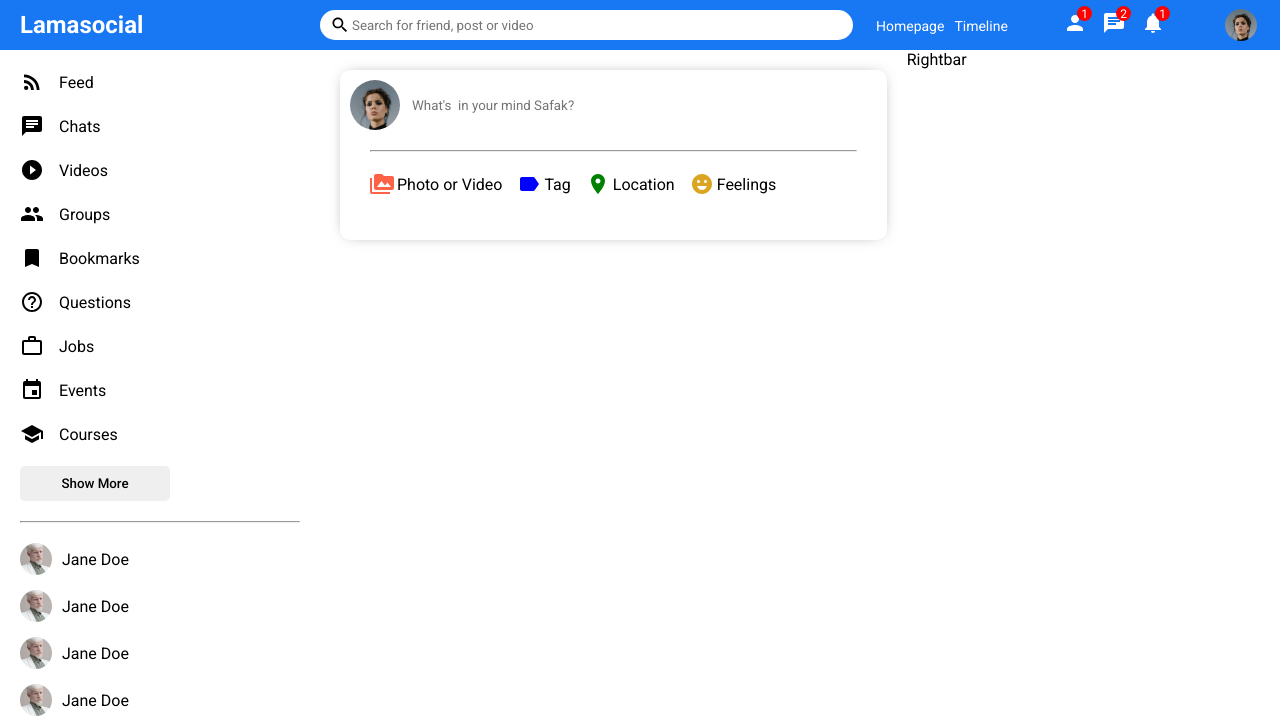
Repository: nazlinres01/react-social
Page: / (app in client/)
These files come from the project's save history. The page is drawn as it stood at one moment and after the next save; the edit follows.
The browser window is 1280 px wide. The pictures show the whole page.
The project was rebuilt for these pictures with package versions that can differ from the ones it lists, and the page was loaded fresh each time.

Above is the page before, as saved 2024-06-12 14:35:51.

### client/public/index.html
<!DOCTYPE html>
<html lang="en">

<head>
  <meta charset="utf-8" />
  <meta name="viewport" content="width=device-width, initial-scale=1" />
  <meta name="description" content="Web site created using create-react-app" />
  <link
    href="https://fonts.googleapis.com/css2?family=Roboto:ital,wght@0,100;0,300;0,400;0,500;0,700;0,900;1,100;1,300;1,400;1,500;1,700;1,900&display=swap"
    rel="stylesheet">
    <link rel="stylesheet" href="style.css">
  <title>Social App</title>
</head>

<body>
  <noscript>You need to enable JavaScript to run this app.</noscript>
  <div id="root"></div>
</body>

</html>

### client/src/App.js
import Home from "./pages/home/Home";

function App() {
  return <Home />
}

export default App;

### client/src/pages/home/Home.jsx
import Feed from "../../components/feed/Feed";
import Rightbar from "../../components/rightbar/Rightbar";
import Sidebar from "../../components/sidebar/Sidebar";
import Topbar from "../../components/topbar/Topbar";
import "./home.css"

export default function Home() {
    return (
        <>
            <Topbar />
            <div className="homeContainer">
                <Sidebar />
                <Feed />
                <Rightbar />

            </div>

        </>
    );
}

### client/src/components/feed/Feed.jsx
import Share from "../share/Share"
import "./feed.css"

export default function Feed() {
    return (
        <div className="feed">
            <div className="feedWrapper">
                <Share />
            </div>
        </div>
    )
}

### client/src/components/rightbar/Rightbar.jsx
import "./rightbar.css"

export default function Rightbar() {
    return (
        <div className="rightbar">
            Rightbar</div>
    )
}

### client/src/components/sidebar/Sidebar.jsx
import "./sidebar.css"
import { Bookmark, Chat, Event, Group, HelpOutline, PlayCircleFilledOutlined, RssFeed, School, WorkOutline } from "@material-ui/icons"

export default function Sidebar() {
    return (
        <div className="sidebar">
            <div className="sidebarWrapper">
                <ul className="sidebarList">
                    <li className="sidebarListItem">
                        <RssFeed className="sidebarIcon" />
                        <span className="sidebarListItemText">Feed</span>
                    </li>
                    <li className="sidebarListItem">
                        <Chat className="sidebarIcon" />
                        <span className="sidebarListItemText">Chats</span>
                    </li>
                    <li className="sidebarListItem">
                        <PlayCircleFilledOutlined className="sidebarIcon" />
                        <span className="sidebarListItemText">Videos</span>
                    </li>
                    <li className="sidebarListItem">
                        <Group className="sidebarIcon" />
                        <span className="sidebarListItemText">Groups</span>
                    </li>
                    <li className="sidebarListItem">
                        <Bookmark className="sidebarIcon" />
                        <span className="sidebarListItemText">Bookmarks</span>
                    </li>
                    <li className="sidebarListItem">
                        <HelpOutline className="sidebarIcon" />
                        <span className="sidebarListItemText">Questions</span>
                    </li>
                    <li className="sidebarListItem">
                        <WorkOutline className="sidebarIcon" />
                        <span className="sidebarListItemText">Jobs</span>
                    </li>
                    <li className="sidebarListItem">
                        <Event className="sidebarIcon" />
                        <span className="sidebarListItemText">Events</span>
                    </li>
                    <li className="sidebarListItem">
                        <School className="sidebarIcon" />
                        <span className="sidebarListItemText">Courses</span>
                    </li>
                </ul>
                <button className="sidebarButton">Show More</button>
                <hr className="sidebarHr" />
                <ul className="sidebarFriendList">
                    <li className="sidebarFriend">
                        <img className="sidebarFriendImg" src="/assets/person/2.jpeg" alt="" />
                        <span className="sidebarFriendName">Jane Doe</span>
                    </li>
                    <li className="sidebarFriend">
                        <img className="sidebarFriendImg" src="/assets/person/2.jpeg" alt="" />
                        <span className="sidebarFriendName">Jane Doe</span>
                    </li>
                    <li className="sidebarFriend">
                        <img className="sidebarFriendImg" src="/assets/person/2.jpeg" alt="" />
                        <span className="sidebarFriendName">Jane Doe</span>
                    </li>
                    <li className="sidebarFriend">
                        <img className="sidebarFriendImg" src="/assets/person/2.jpeg" alt="" />
                        <span className="sidebarFriendName">Jane Doe</span>
                    </li>
                    <li className="sidebarFriend">
                        <img className="sidebarFriendImg" src="/assets/person/2.jpeg" alt="" />
                        <span className="sidebarFriendName">Jane Doe</span>
                    </li>
                    <li className="sidebarFriend">
                        <img className="sidebarFriendImg" src="/assets/person/2.jpeg" alt="" />
                        <span className="sidebarFriendName">Jane Doe</span>
                    </li>
                    <li className="sidebarFriend">
                        <img className="sidebarFriendImg" src="/assets/person/2.jpeg" alt="" />
                        <span className="sidebarFriendName">Jane Doe</span>
                    </li>
                    <li className="sidebarFriend">
                        <img className="sidebarFriendImg" src="/assets/person/2.jpeg" alt="" />
                        <span className="sidebarFriendName">Jane Doe</span>
                    </li>
                    <li className="sidebarFriend">
                        <img className="sidebarFriendImg" src="/assets/person/2.jpeg" alt="" />
                        <span className="sidebarFriendName">Jane Doe</span>
                    </li>
                    <li className="sidebarFriend">
                        <img className="sidebarFriendImg" src="/assets/person/2.jpeg" alt="" />
                        <span className="sidebarFriendName">Jane Doe</span>
                    </li>
                    <li className="sidebarFriend">
                        <img className="sidebarFriendImg" src="/assets/person/2.jpeg" alt="" />
                        <span className="sidebarFriendName">Jane Doe</span>
                    </li>
                    <li className="sidebarFriend">
                        <img className="sidebarFriendImg" src="/assets/person/2.jpeg" alt="" />
                        <span className="sidebarFriendName">Jane Doe</span>
                    </li>
                    <li className="sidebarFriend">
                        <img className="sidebarFriendImg" src="/assets/person/2.jpeg" alt="" />
                        <span className="sidebarFriendName">Jane Doe</span>
                    </li>
                </ul>
            </div>
        </div>
    )
}

### client/src/components/topbar/Topbar.jsx
import "./topbar.css"
import { Search, Person, Chat, Notifications } from "@material-ui/icons"

export default function Topbar() {
  return (
    <div className="topbarContainer">
      <div className="topbarLeft">
        <span className="logo">Lamasocial</span>
      </div>
      <div className="topbarCenter">
        <div className="searchbar">
          <Search className="searchIcon" />
          <input placeholder="Search for friend, post or video" className="searchInput" />
        </div>
      </div>
      <div className="topbarRight">
        <div className="topbarLinks">
          <span className="topbarLink">Homepage</span>
          <span className="topbarLink">Timeline</span>
        </div>
        <div className="topbarIcons">
          <div className="topbarIconItem">
            <Person />
            <span className="topbarIconBadge">1</span>
          </div>
          <div className="topbarIconItem">
            <Chat />
            <span className="topbarIconBadge">2</span>
          </div>
          <div className="topbarIconItem">
            <Notifications />
            <span className="topbarIconBadge">1</span>
          </div>
        </div>
        <img src="/assets/person/1.jpeg" alt="" className="topbarImg" />
      </div>

    </div>
  )
}

### client/src/components/share/Share.jsx
import "./share.css";
import { PermMedia, Label, Room, EmojiEmotions } from "@material-ui/icons";

export default function Share() {
    return (
        <div className="share">
            <div className="shareWrapper">
                <div className="shareTop">
                    <img src="/assets/person/1.jpeg" alt="" className="shareProfileImg" />
                    <input placeholder="What's  in your mind Safak?" className="shareInput" />
                </div>
                <hr className="shareHr" />
                <div className="shareBottom">
                    <div className="shareOptions">
                        <div className="shareOption">
                            <PermMedia htmlColor="tomato" className="shareIcon" />
                            <span className="shareOptionText">Photo or Video</span>
                        </div>
                        <div className="shareOption">
                            <Label htmlColor="blue" className="shareIcon" />
                            <span className="shareOptionText">Tag</span>
                        </div>
                        <div className="shareOption">
                            <Room htmlColor="green" className="shareIcon" />
                            <span className="shareOptionText">Location</span>
                        </div>
                        <div className="shareOption">
                            <EmojiEmotions htmlColor="goldenrod" className="shareIcon" />
                            <span className="shareOptionText">Feelings</span>
                        </div>
                    </div>
                </div>
            </div>
        </div>
    )
}

### client/src/components/rightbar/rightbar.css
.rightbar {
    flex: 3.5;
}

### client/src/components/sidebar/sidebar.css
.sidebar {
    flex: 3;
    height: calc(100vh - 50px);
    overflow-y: scroll;
}

::-webkit-scrollbar {
    width: 5px;
}

::-webkit-scrolbar-track {
    background-color: #f1f1f1;
}

::-webkit-scrollbar-thumb {
    background-color: rgb(179, 179, 179);
}

.sidebarWrapper {
    padding: 20px;
}

.sidebarList {
    padding: 0;
    margin: 0;
    list-style: none;
}

.sidebarListItem {
    display: flex;
    align-items: center;
    margin-bottom: 20px;
}

.sidebarIcon {
    margin-right: 15px;
}

.sidebarButton {
    width: 150px;
    border: none;
    padding: 10px;
    border-radius: 5px;
    font-weight: 500;
}

.sidebarHr {
    margin: 20px 0;
}

.sidebarFriendList {
    padding: 0;
    margin: 0;
    list-style: none;
}

.sidebarFriend {
    display: flex;
    align-items: center;
    margin-bottom: 15px;
}

.sidebarFriendImg {
    width: 32px;
    height: 32px;
    border-radius: 50%;
    object-fit: cover;
    margin-right: 10px;
}

### client/src/components/topbar/topbar.css
.topbarContainer {
    height: 50px;
    width: 100%;
    background-color: #1877f2;
    display: flex;
    align-items: center;
    position: sticky;
    top: 0;
}

.topbarLeft {
    flex: 3;
}

.logo {
    font-size: 24px;
    margin-left: 20px;
    font-weight: bold;
    color: white;
    cursor: pointer;
}

.topbarCenter {
    flex: 5;
}

.searchbar {
    width: 100%;
    height: 30px;
    background-color: white;
    border-radius: 30px;
    display: flex;
    align-items: center;
}

.searchIcon {
    font-size: 20px !important;
    margin-left: 10px;
}

.searchInput {
    border: none;
    width: 70%;
}

.searchInput:focus {
    outline: none;
}

.topbarRight {
    flex: 4;
    display: flex;
    align-items: center;
    justify-content: space-around;
    color: white;
}

.topbarLink {
    margin-right: 10px;
    font-size: 14px;
    cursor: pointer;
}

.topbarIcons {
    display: flex;
}

.topbarIconItem {
    margin-right: 15px;
    cursor: pointer;
    position: relative;

}

.topbarIconBadge {
    width: 15px;
    height: 15px;
    background-color: red;
    border-radius: 50%;
    color: white;
    position: absolute;
    top: -5px;
    right: -5px;
    display: flex;
    align-items: center;
    justify-content: center;
    font-size: 12px;
}

.topbarImg {
    width: 32px;
    height: 32px;
    border-radius: 50%;
    object-fit: cover;
    cursor: pointer;
}

### client/src/components/share/share.css
.share {
    width: 100%;
    height: 170px;
    border-radius: 10px;
    -webkit-box-shdow: 0px 0px 16px -8px rgba(0, 0, 0, 0.68);
    box-shadow: 0px 0px 16px -8px rgba(0, 0, 0, 0.68);
}

.shareWrapper {
    padding: 10px;
}

.shareTop {
    display: flex;
    align-items: center;
}

.shareProfileImg {
    width: 50px;
    height: 50px;
    border-radius: 50%;
    object-fit: cover;
    margin-right: 10px;
}

.shareInput {
    border: none;
    width: 80%;
}

.shareInput:focus {
    outline: none;
}

.shareHr {
    margin: 20px;
}

.shareBottom {
    display: flex;
    align-items: center;
    justify-content: space-between;
}

.shareOptions {
    display: flex;
    margin-left: 20px;
}

.shareOption {
    display: flex;
    align-items: center;
    margin-right: 15px;
    cursor: pointer;
}

.shareIcon {
    font-size: 18px;
    margin-right: 3px
}

Loaded but not shown: client/src/index.js (common file); client/src/pages/home/home.css (common file); client/src/components/feed/feed.css (common file); client/public/style.css (common file)

After the next save:
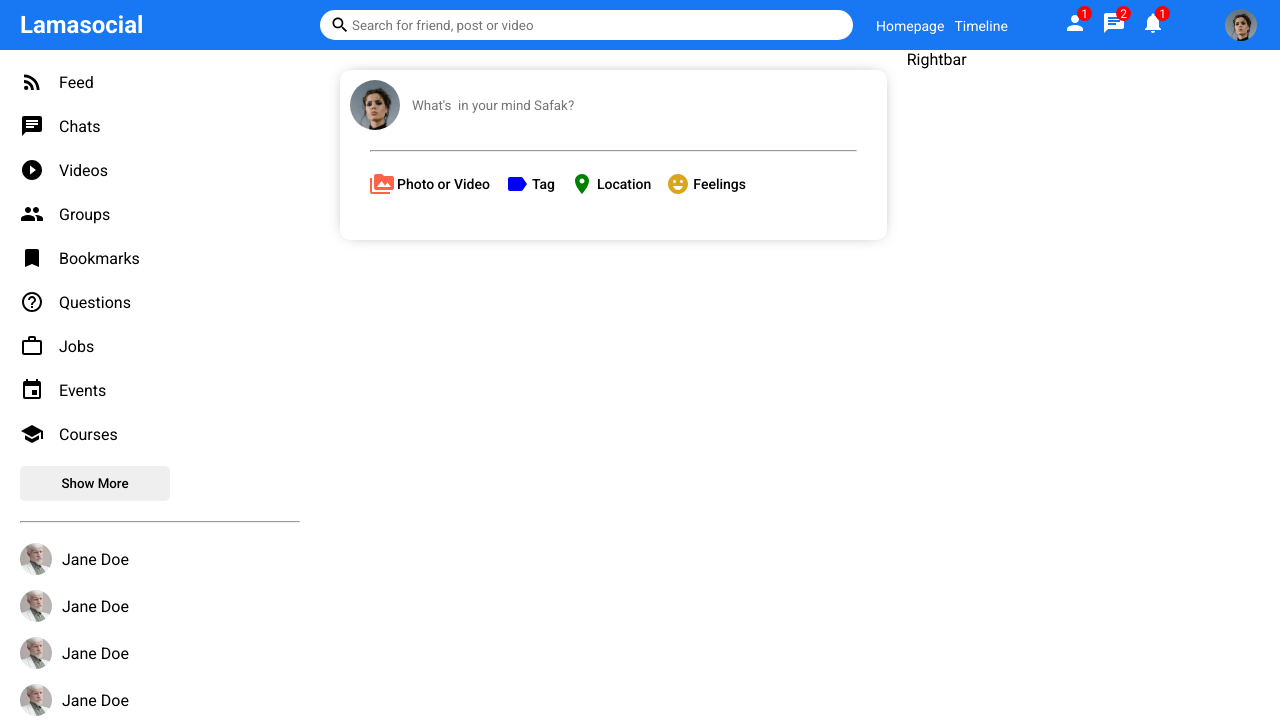
Saved 11 min 39 s later.
--- a/client/src/components/share/share.css
+++ b/client/src/components/share/share.css
@@ -58,3 +58,8 @@
     font-size: 18px;
     margin-right: 3px
 }
+
+.shareOptionText {
+    font-size: 14px;
+    font-weight: 500;
+}
